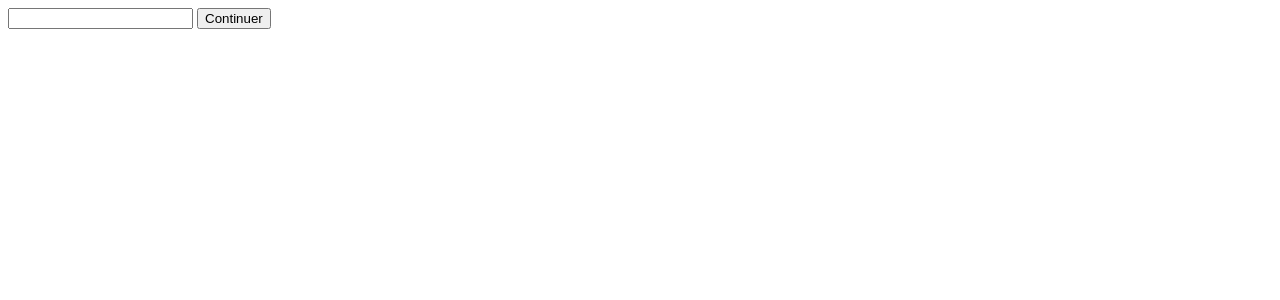
Repository: nadegekarim/Connexionbasejava
Page: DemoSetup/src/main/webapp/demo_parametres.html
These files come from the project's save history. The page is drawn as it stood at one moment and after the next save; the edit follows.
The browser window is 1280 px wide. The pictures show the whole page.

Above is the page before, as saved 2025-01-30 11:10:27.

### DemoSetup/src/main/webapp/demo_parametres.html
<!DOCTYPE html>
<html>
<head>
<meta charset="UTF-8">
<title>Insert title here</title>
</head>
<body>
   <form action="ServletParametree" method="get">
      <input type="text" name="nom">
      <input type="submit" value="Continuer">
   </form>

</body>
</html>

After the next save:
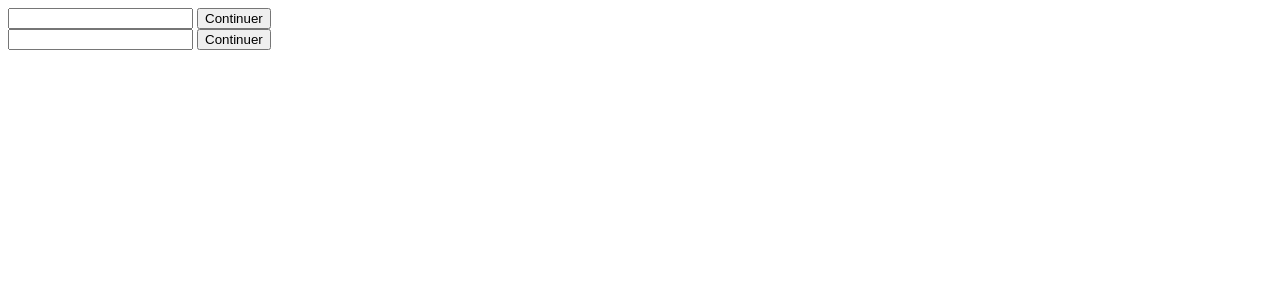
Saved 70 s later.
--- a/DemoSetup/src/main/webapp/demo_parametres.html
+++ b/DemoSetup/src/main/webapp/demo_parametres.html
@@ -10,5 +10,10 @@
       <input type="submit" value="Continuer">
    </form>
 
+     <form action="ServletParametree" method="post">
+      <input type="text" name="nom">
+      <input type="submit" value="Continuer">
+   </form>
+
 </body>
 </html>
